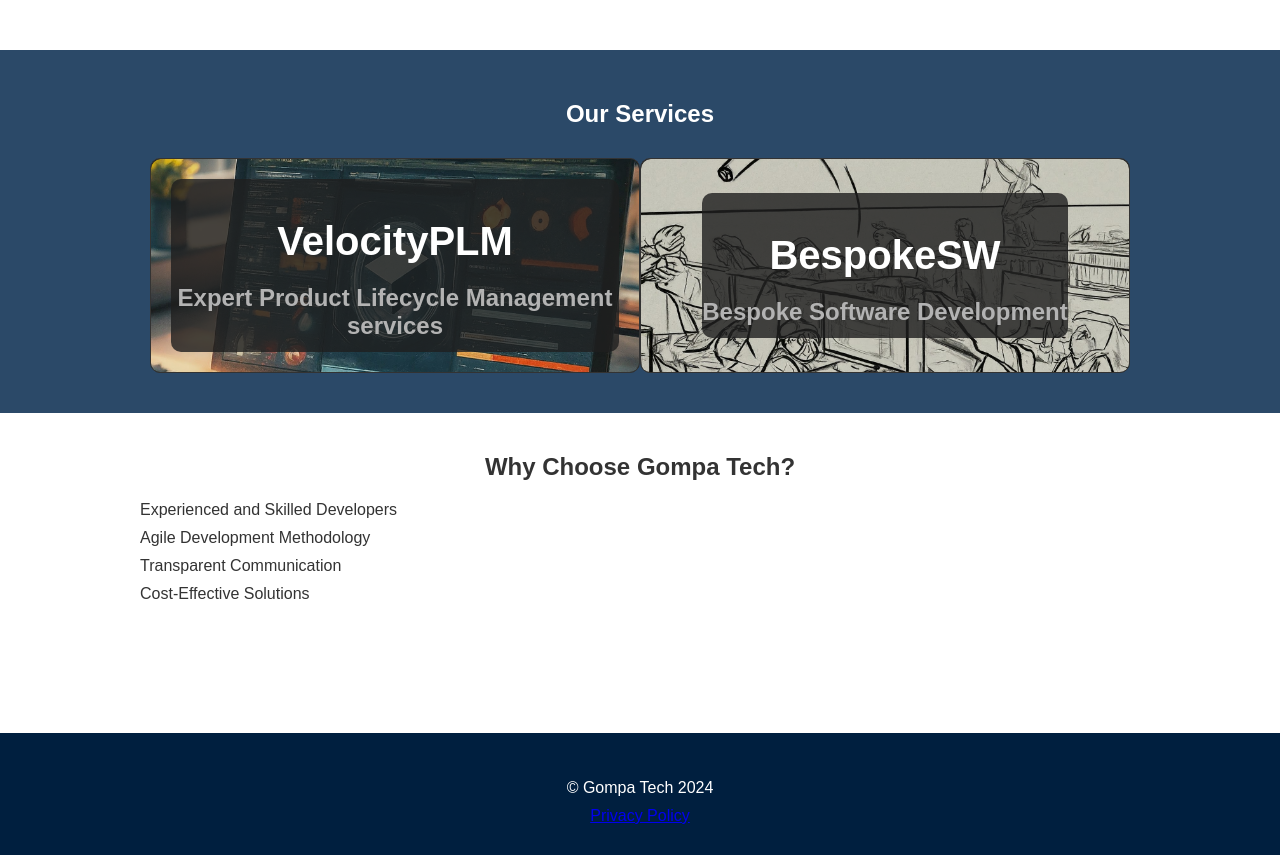
Repository: gompatech/website
Page: d3/index.html
An editor plug-in stored every save of this project. The page is shown before and after the next save, followed by the edit.
The browser window is 1280 px wide. The pictures show the part of the page from y = 257 to 1112 px (the page is 1112 px tall).

Above is the page before, as saved 2024-07-24 21:52:31.

### d3/index.html
<!DOCTYPE html>
<html lang="en">
<head>
  <meta charset="UTF-8">
  <meta name="viewport" content="width=device-width, initial-scale=1.0">
  <title>Gompa Tech - Software Development Solutions</title>
  <link rel="stylesheet" href="./style.css">
</head>
<body>
  <header class="navy-bg">
    <div class="container">
      <a href="#" class="logo">Gompa Tech</a>
      <nav>
        <ul>
          <li><a href="#">Home</a></li>
          <li><a href="#">Services</a></li>
          <li><a href="#">About Us</a></li>
          <li><a href="#">Contact</a></li>
        </ul>
      </nav>
    </div>
  </header>

  <main>
    <section class="hero">
      <div class="container">
        <h1>Empowering Your Business with Innovative Software Solutions</h1>
        <p>We specialize in bespoke software development Product Lifecycle Managment software services.</p>
        <a href="#" class="button">Get a Free Quote</a>
        <img src="images/hero-bg.jpg" alt="Code Background Image" class="hero-img">
      </div>
    </section>

    <section class="services navy-bg">
      <div class="container">
        <h2>Our Services</h2>
          <div class="services">
            <div class="services-container">
                <div class="text-content">
                    <h1>VelocityPLM</h1>
                    <h2>Expert Product Lifecycle Management services</h2>
                </div>
                <img src="./images/vPLMold.jpg" alt="VelocityPLM Old" class="active">
                <img src="./images/vPLMnew.jpg" alt="VelocityPLM New" class="inactive">
            </div>
            <div class="services-container">
                <div class="text-content">
                    <h1>BespokeSW</h1>
                    <h2>Bespoke Software Development</h2>
                </div>
                <img src="./images/vPLMold.jpg" alt="VelocityPLM Old" class="active">
                <img src="./images/vPLMnew.jpg" alt="VelocityPLM New" class="inactive">
            </div>
        </div>
      </div>
    </section>

    <section class="benefits">
      <div class="container">
        <h2>Why Choose Gompa Tech?</h2>
        <ul>
          <li>Experienced and Skilled Developers</li>
          <li>Agile Development Methodology</li>
          <li>Transparent Communication</li>
          <li>Cost-Effective Solutions</li>
        </ul>
      </div>
    </section>
  </main>

  <footer class="navy-bg">
    <div class="container">
      <p>&copy; Gompa Tech 2024</p>
      <a href="#">Privacy Policy</a>
    </div>
  </footer>
</body>

<style>
  .services {
      font-family: Arial, sans-serif;
      margin: 0;
      padding: 0;
      display: flex;
      flex-wrap: wrap;
      justify-content: center;
      align-items: stretch;
     /*
      background-color: #121212;
      color: #ffffff;
      padding: 5px;
      */
      background-color: #2b4968;  /* Navy blue */
      color: #fff;
      padding: 10px;
  }
  .services-container {
      width: 50%;
      padding: 20px;
      border: 1px solid #333;
      border-radius: 10px;
      background-color: #1e1e1e;
      box-sizing: border-box;
      display: flex;
      flex-direction: column;
      align-items: center;
      justify-content: center;
      position: relative;
      overflow: hidden;
  }
  .services-container img {
      width: 100%;
      height: auto;
      max-height: 300px;
      object-fit: cover;
      border-radius: 10px;
      position: absolute;
      top: 0;
      left: 0;
      opacity: 0;
      transition: opacity 1s ease-in-out;
  }
  .services-container img.active {
      opacity: 1;
      z-index: 1;
  }
  .services-container img.inactive {
      z-index: 0;
  }
  .text-content {
      position: relative;
      z-index: 2;
      text-align: center;
      padding-top: 20px;
      background: rgba(30, 30, 30, 0.8);
      border-radius: 10px;
  }
  .services-container h1 {
      font-size: 2.5em;
      margin: 0.5em 0;
  }
  .services-container h2 {
      font-size: 1.5em;
      margin: 0.5em 0;
      color: #b3b3b3;
  }
  @media (max-width: 600px) {
      .services-container {
          width: 100%;
      }
      .services-container h1 {
          font-size: 2em;
      }
      .services-container h2 {
          font-size: 1.2em;
      }
  }
</style>

<script>
  let currentIndex = 0;
  const images = document.querySelectorAll('.services-container img');

  function showNextImage() {
      images[currentIndex].classList.remove('active');
      images[currentIndex].classList.add('inactive');
      currentIndex = (currentIndex + 1) % images.length;
      images[currentIndex].classList.remove('inactive');
      images[currentIndex].classList.add('active');
  }

  setInterval(showNextImage, 3000);
</script>

</html>

### d3/style.css
/* Basic styles */
body {
  font-family: sans-serif;
  margin: 0;
  padding: 0;
}

.container {
  max-width: 1000px;
  margin: 0 auto;
  padding: 20px;
}

/* Header */
header {
  background-color: #001F3F;  /* Navy blue */
  color: #fff;
  padding: 10px 0;
}

.logo {
  font-size: 2em;
  font-weight: bold;
  text-decoration: none;
  color: #fff;
}

nav {
  float: right;
}

nav ul {
  list-style: none;
  margin: 0;
  padding: 0;
}

nav li {
  display: inline-block;
  margin-left: 20px;
}

nav a {
  color: #fff;
  text-decoration: none;
  padding: 5px 10px;
}

nav a:hover {
  background-color: #2F4F4F; /* Darker navy blue on hover */
  transition: background-color 0.3s ease;
}

/* Main content */
main {
  padding-bottom: 50px;
  color: #333;
}

section {
  margin-bottom: 50px;
}

h1, h2 {
  text-align: center;
  margin-bottom: 20px;
}

.hero {
  position: relative;
}

.hero-img {
  position: absolute;
  top: 0;
  left: 0;
  width: 100%;
  height: 100%;
  opacity: 0.3; /* Set the transparency level for the background image */
}

.service-card {
  display: flex;
  align-items: center;
  margin-bottom: 20px;
  padding: 20px;
  border: 1px solid #ddd;
  border-radius: 5px;
}

.service-card img {
  width: 100px;
  margin-right: 20px;
}

.benefits ul {
  list-style: none;
  margin: 0;
  padding: 0;
}

.benefits li {
  margin-bottom: 10px;
}

/* Footer */
footer {
  background-color: #001F3F;
  color: #fff;
  padding: 10px 0;
  text-align: center;
}

footer p {
  margin-bottom: 10px;
}

After the next save:
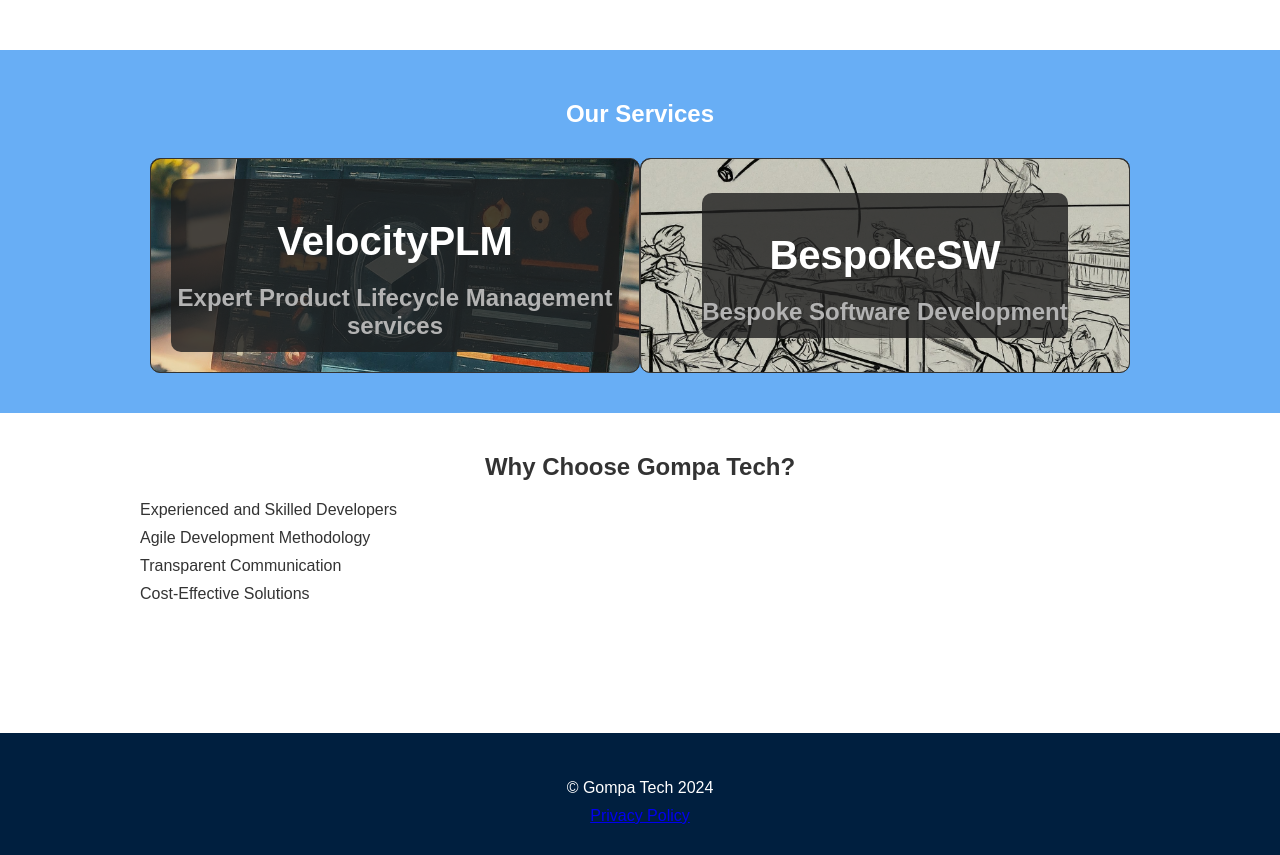
Saved 50 s later.
--- a/d3/index.html
+++ b/d3/index.html
@@ -90,7 +90,7 @@
       color: #ffffff;
       padding: 5px;
       */
-      background-color: #2b4968;  /* Navy blue */
+      background-color: #68aef5;  /* Navy blue */
       color: #fff;
       padding: 10px;
   }
